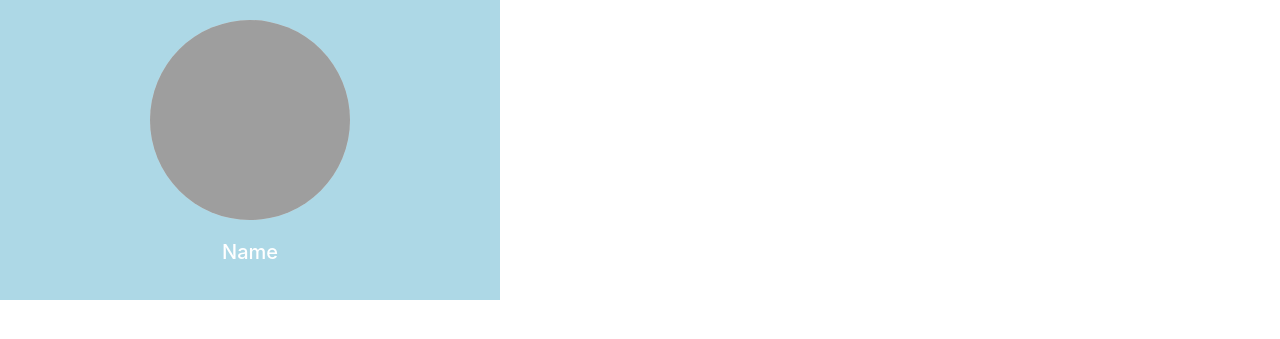
Repository: YEOMJINSEOP/React
Page: / (app in simpleExample/nameCard/)
These files come from the project's save history. The page is drawn as it stood at one moment and after the next save; the edit follows.
The browser window is 1280 px wide. The pictures show the whole page.
Pictures or frames that could not be fetched are drawn as grey boxes. The project was rebuilt for these pictures with package versions that can differ from the ones it lists, and the page was loaded fresh each time. Also part of the build but not shown: simpleExample/nameCard/src/app.css.

Above is the page before, as saved 2023-01-06 14:55:41.

### simpleExample/nameCard/public/index.html
<!DOCTYPE html>
<html lang="en">
  <head>
    <meta charset="utf-8" />
    <link rel="icon" href="%PUBLIC_URL%/favicon.ico" />
    <meta name="viewport" content="width=device-width, initial-scale=1" />
    <meta name="theme-color" content="#000000" />
    <meta
      name="description"
      content="Web site created using create-react-app"
    />

    <title>App</title>
  </head>
  <body>
    <noscript>You need to enable JavaScript to run this app.</noscript>
    <div id="root"></div>
  </body>
</html>

### simpleExample/nameCard/src/index.js
import React from 'react';
import ReactDOM from 'react-dom/client';
import './index.css';
import App from './app.jsx';

const root = ReactDOM.createRoot(document.getElementById('root'));
root.render(
  <React.StrictMode>
    <App />
  </React.StrictMode>
);

### simpleExample/nameCard/src/app.jsx
import React from 'react';
import './app.css';
import NameCard from './nameCard';

function App() {
  return(
    <>
      <NameCard />
    </>
  )
}

export default App;

### simpleExample/nameCard/src/nameCard.jsx
import React from 'react';
import styles from './nameCard.module.css';

function NameCard(props) {

  return (
    <div className={styles.nameCard}>
      <img className={styles.profileImage}
        src = 'https://images.unsplash.com/photo-1671725501835-afb7bd1f21ed?ixlib=rb-4.0.3&ixid=MnwxMjA3fDF8MHxwaG90by1wYWdlfHx8fGVufDB8fHx8&auto=format&fit=crop&w=988&q=80'
        alt = 'profile image'
        >
      </img>
      <span className={styles.name}>Name</span>
    </div>
  );
}

export default NameCard;

### simpleExample/nameCard/src/nameCard.module.css
.nameCard{
  width: 500px;
  height: 300px;
  background-color: lightblue;
  display: flex;
  flex-direction: column;
  align-items: center;
}

.profileImage{
  box-sizing: border-box;
  background-color: lightgray;
  width: 200px;
  height: 200px;
  border-radius: 100%;
  margin-top: 20px;
}

.name {
  color: white;
  font-size: 20px;
  font-weight: 500;
  margin-top: 20px;
}

Loaded but not shown: simpleExample/nameCard/src/index.css (common file)

After the next save:
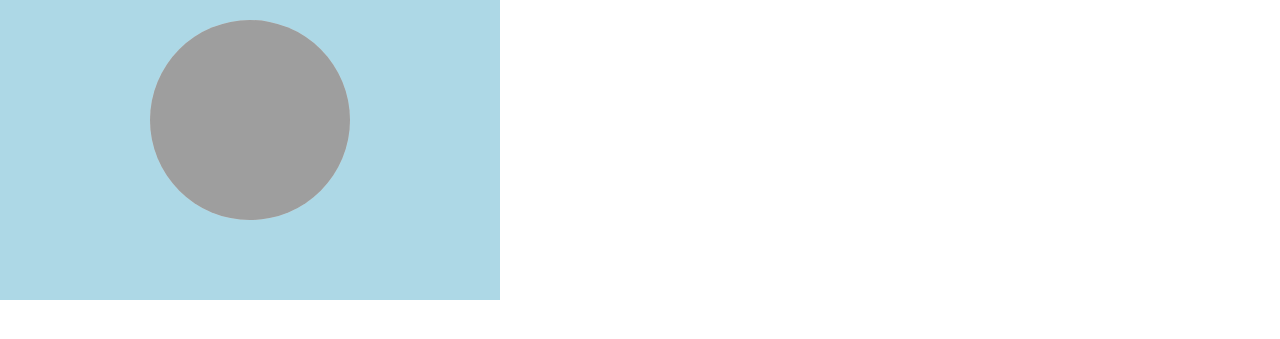
Saved 15 s later.
--- a/simpleExample/nameCard/src/nameCard.jsx
+++ b/simpleExample/nameCard/src/nameCard.jsx
@@ -1,7 +1,7 @@
 import React from 'react';
 import styles from './nameCard.module.css';
 
-function NameCard(props) {
+function NameCard({name}) {
 
   return (
     <div className={styles.nameCard}>
@@ -10,7 +10,7 @@
         alt = 'profile image'
         >
       </img>
-      <span className={styles.name}>Name</span>
+      <span className={styles.name}>{name}</span>
     </div>
   );
 }
